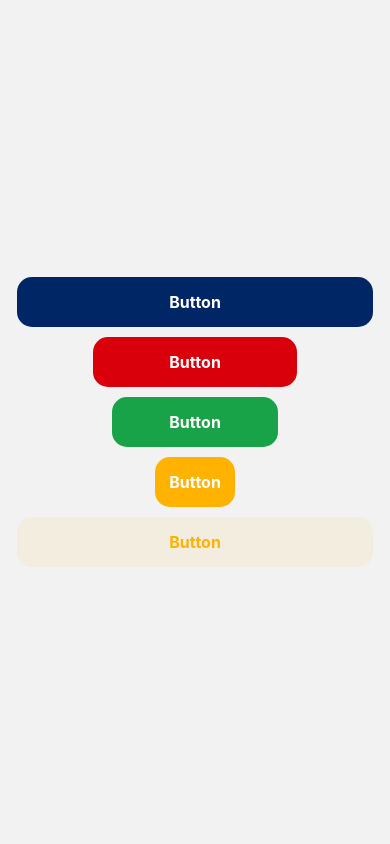
Repository: hungdomanh95/setuptheme
Screen: /
These files come from the project's save history. The screen is drawn as it stood at one moment and after the next save; the edit follows.
The app was drawn by React Native's web renderer in a window 390 px wide. The project was rebuilt for these pictures with package versions that can differ from the ones it lists, and the page was loaded fresh each time. Also part of the build but not shown: src/components/Fade/index.js, src/components/Slide/index.js.

Above is the screen before, as saved 2022-05-17 11:56:49.

After the next save:
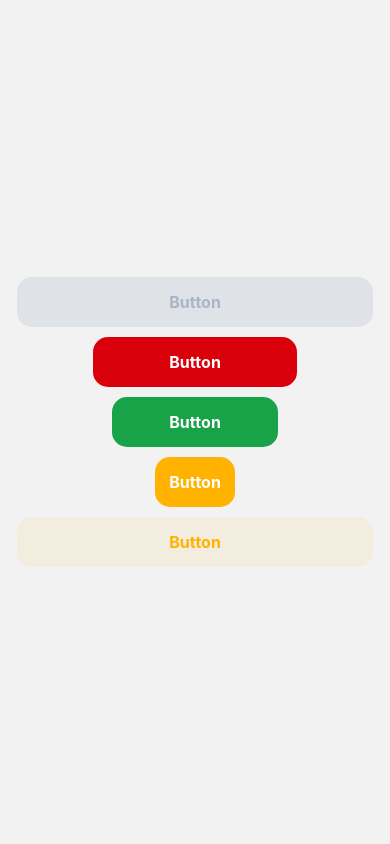
Saved 10 s later.
--- a/src/screens/HomeScreen/index.js
+++ b/src/screens/HomeScreen/index.js
@@ -9,7 +9,7 @@ const hanle = () => {
 }
   return (
     <View style={styles.container}>
-      <RNButton text="Button" type={'primary'} size={'fullsize'} onPress={hanle} />
+      <RNButton text="Button" type={'primary'} size={'fullsize'} onPress={hanle} disabled={true} />
       <RNButton text="Button" type={'danger'} size={'medium'} />
       <RNButton text="Button" type={'success'} size={'small'} />
       <RNButton text="Button" type={'warning'} size={80} />
